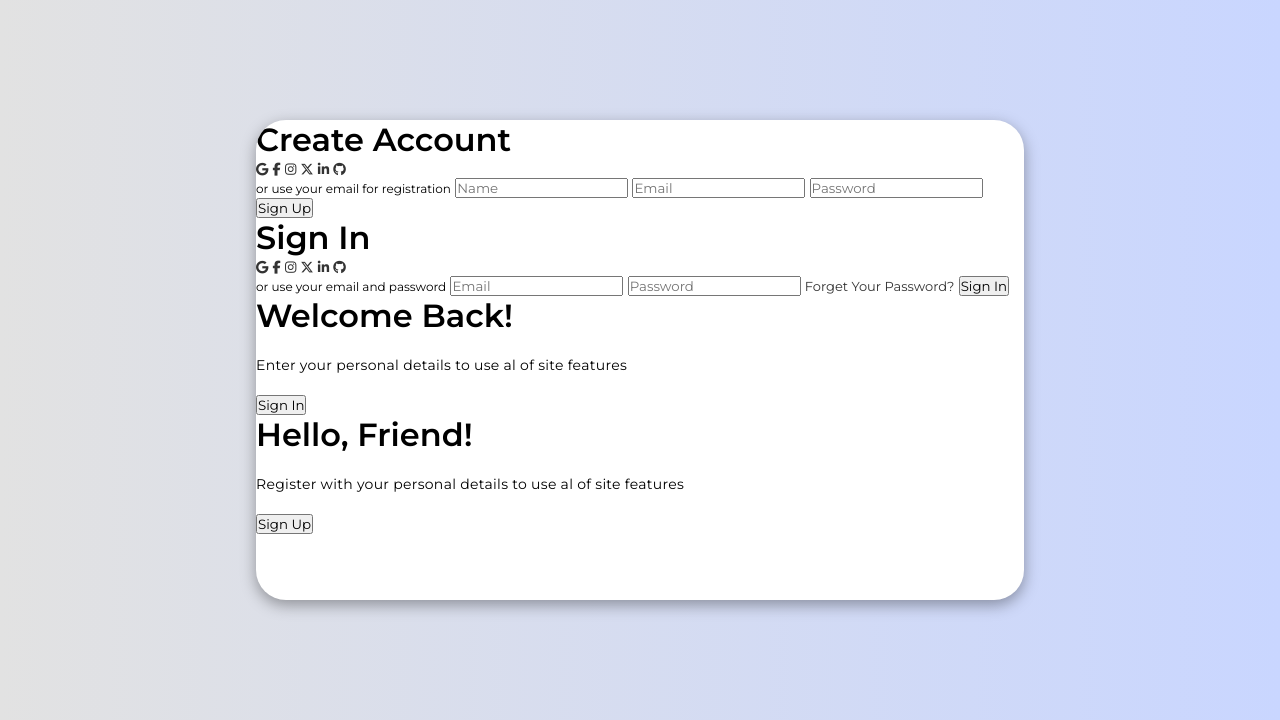
Repository: DevMike1993/Animated_Login_Page
Page: index.html
An editor plug-in stored every save of this project. The page is shown before and after a run of saves, followed by the edit.
The browser window is 1280 px wide. The pictures show the whole page.

Above is the page before, as saved 2023-12-17 19:58:21.

After the next 5 saves:
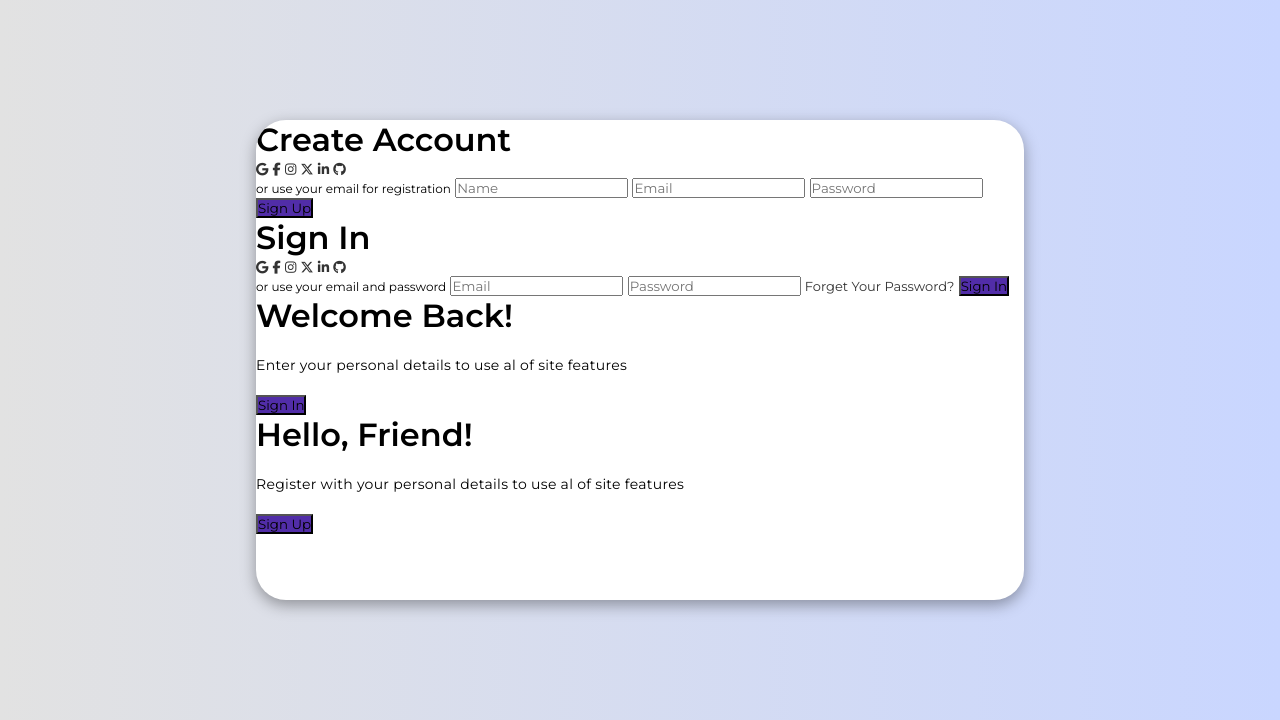
The 5 saves are shown as one change because they came seconds apart.
The last was saved 13 s later.
--- a/style.css
+++ b/style.css
@@ -47,5 +47,5 @@ body{
 }
 
 .container button{
-
+    background-color: #512da8;
 }
